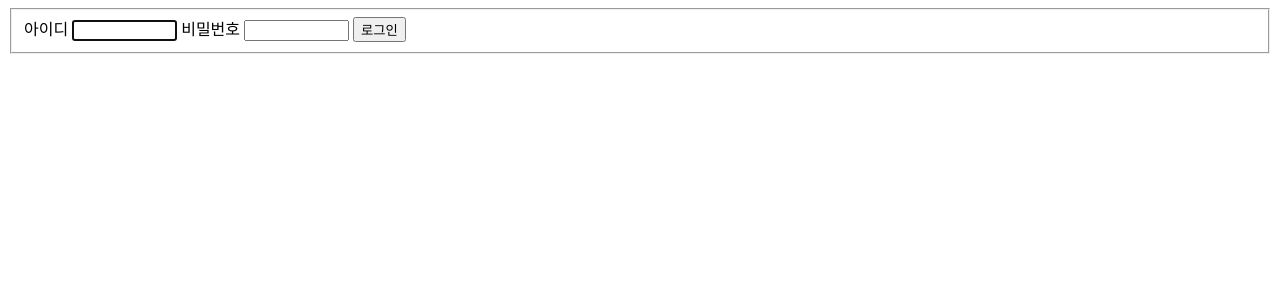
Repository: ygs3004/StudyHTML_CSS
Page: web project 01/src/main/webapp/chapter05/exam05_18.html
An editor plug-in stored every save of this project. The page is shown before and after the next save, followed by the edit.
The browser window is 1280 px wide. The pictures show the whole page.

Above is the page before, as saved 2022-08-09 02:04:59.

### web project 01/src/main/webapp/chapter05/exam05_18.html
<!DOCTYPE html>
<html>
<head>
<meta charset="UTF-8">
<title>Insert title here</title>
<style type="text/css">
	form fieldset{
		margin : 10pex 0;
	}


	form legend{
		font-size : 18px;
		color : #0066ff;
		font-weight : 600;
	}

	form label.reg{
		font-size : 14px;
		width : 120px;
		float : left;
	}

	form label em{
		font-size : 15px;
		color : red;
		font-weight : 800;
	}

	font ul li{
		list-style : none;
		margin : 10px 0;
	}

	form.easys{
		text-align : left;
		font-size : 12px;
		color : blue;
	}

	form fieldset.sendform{
	text-align : center;
	}

</style>
</head>
<body>
<form action="">
	<fieldset class="login">
		<label for="user_id">아이디</label>
			<input type="text" id="user_id" size="10" autofocus>
		<label for="user_pw">비밀번호</label>
			<input type="password" id="user_pw" size="10">
			<input type="submit" value="로그인">
	</fieldset>
</form>

</body>
</html>

After the next save:
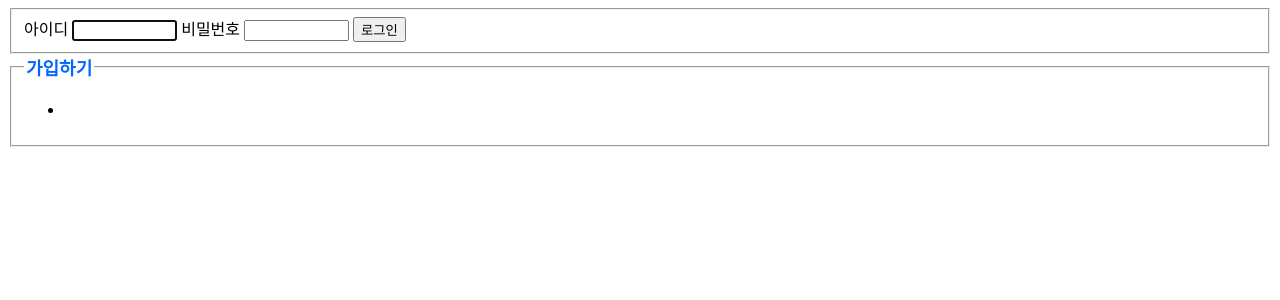
Saved 5 min 25 s later.
--- a/web project 01/src/main/webapp/chapter05/exam05_18.html
+++ b/web project 01/src/main/webapp/chapter05/exam05_18.html
@@ -53,6 +53,14 @@
 			<input type="password" id="user_pw" size="10">
 			<input type="submit" value="로그인">
 	</fieldset>
+	<fieldset>
+		<legend>가입하기</legend>
+		<ul>
+			<li>
+				<label class="reg"
+			</li>
+		</ul>
+	</fieldset>
 </form>
 
 </body>
